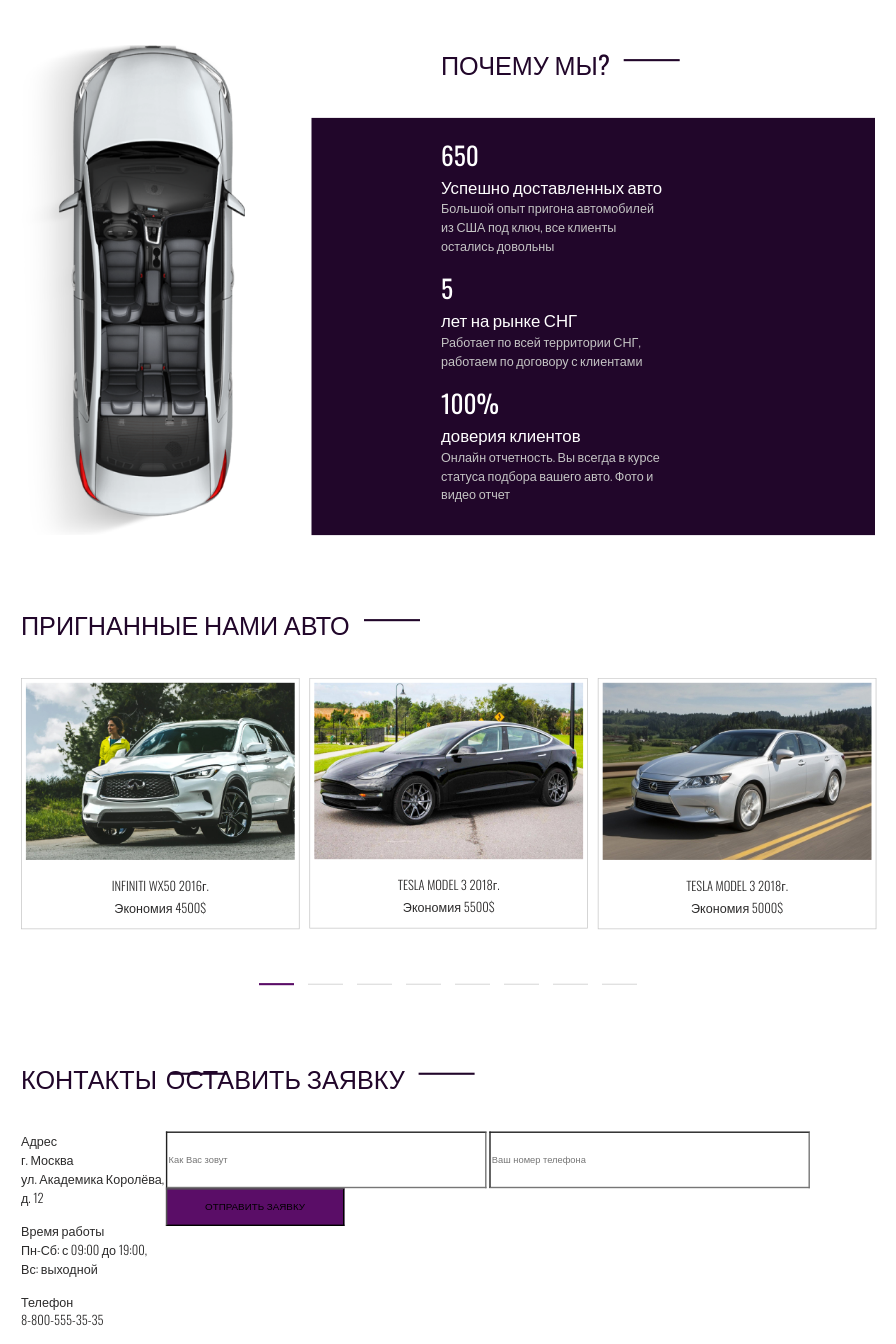
Repository: AlexandrLewandowski/site-1
Page: index.html
These files come from the project's save history. The page is drawn as it stood at one moment and after the next save; the edit follows.
The browser window is 1280 px wide. The pictures show the part of the page from y = 1928 to 3848 px (the page is 3848 px tall before and 3821 px after), at 70% of full size.

Above is the page before, as saved 2024-05-06 21:32:19.

After the next save:
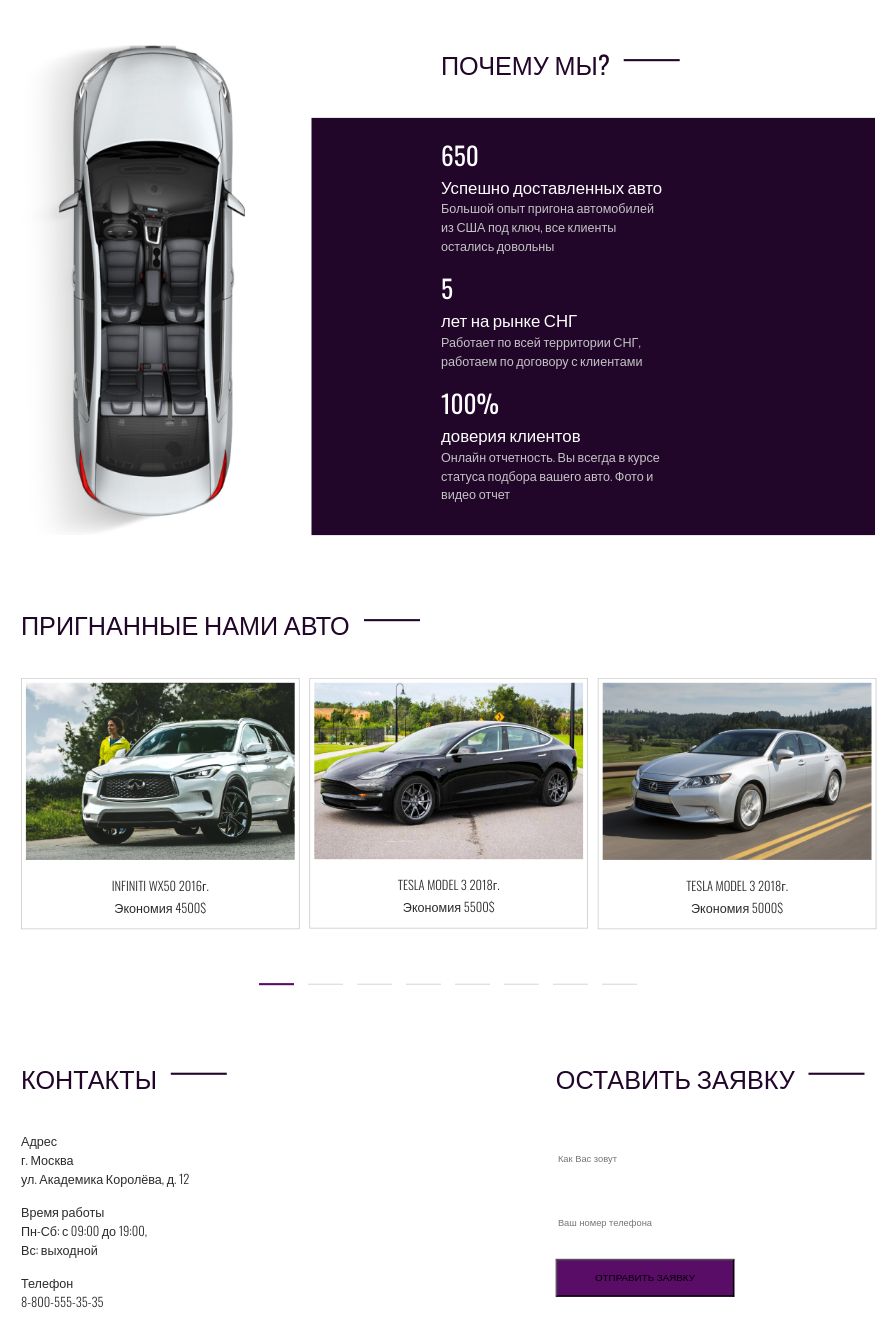
Saved 50 s later.
--- a/css/style.css
+++ b/css/style.css
@@ -364,4 +364,8 @@
     background-color: transparent;
     width: 450px;
     height: 75px;
-}
+    color: #fff;
+    border: 1px solid #fff;
+    margin-bottom: 12px;
+    display: block;
+}
